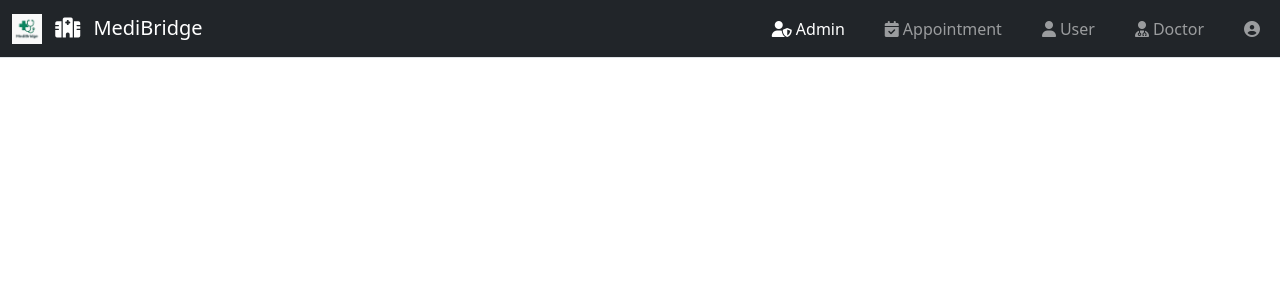
Repository: Abhinavan2004/MediBridge-hms
Page: http://localhost/Hospital_Management_System/User.jsp
The author's editor kept a copy of each file at every save. The page is drawn from the files as they stood at one save, then again after the next save.
The browser window is 1280 px wide. The pictures show the whole page.
The page is served by Tomcat 9. Other server files are loaded and not shown.

Above is the page before, as saved 2025-07-13 13:38:06.

### Hospital_Management_System/src/main/webapp/User.jsp
<%@ page language="java" contentType="text/html; charset=UTF-8"
    pageEncoding="UTF-8"%>
<!DOCTYPE html>
<html>
<head>
<meta charset="UTF-8">
<title>Insert title here</title>
</head>
<body>
<%@include file="components/navbar.jsp" %>
</body>
</html>

### Hospital_Management_System/src/main/webapp/components/navbar.jsp
<!DOCTYPE html>
<html lang="en">
<head>
<meta charset="UTF-8">
<meta name="viewport" content="width=device-width, initial-scale=1.0">
<title>Fixed Navbar</title>
<!-- Include CDN links from external file -->
<%@ include file="cdn-links.jsp" %>
</head>
<body>

<nav class="navbar navbar-expand-lg navbar-dark bg-dark border-bottom">
<div class="container-fluid">
<a class="navbar-brand" href="#">
<img src="assets/logo.png" alt="Logo" width="30" height="24" class="d-inline-block align-text-top me-2"
     onerror="this.style.display='none'">
<i class="fa-solid fa-hospital me-2"></i>
MediBridge
</a>

<!-- Navbar toggler for mobile -->
<button class="navbar-toggler" type="button" data-bs-toggle="collapse" data-bs-target="#navbarNavDropdown" aria-controls="navbarNavDropdown" aria-expanded="false" aria-label="Toggle navigation">
<span class="navbar-toggler-icon"></span>
</button>

<div class="collapse navbar-collapse" id="navbarNavDropdown">
<ul class="navbar-nav ms-auto">
<li class="nav-item me-4">
<a class="nav-link active" aria-current="page" href="Admin.jsp">
<i class="fa-solid fa-user-shield me-1"></i>Admin
</a>
</li>
<li class="nav-item me-4">
<a class="nav-link" href="components/">
<i class="fa-solid fa-calendar-check me-1"></i>Appointment
</a>
</li>
<li class="nav-item me-4">
<a class="nav-link" href="User.jsp">
<i class="fa-solid fa-user me-1"></i>User
</a>
</li>
<li class="nav-item me-4">
<a class="nav-link" href="Doctor.jsp">
<i class="fa-solid fa-user-doctor me-1"></i>Doctor
</a>
</li>
<li class="nav-item">
<a class="nav-link" href="#">
<i class="fa-solid fa-user-circle"></i>
</a>
</li>
</ul>
</div>
</div>
</nav>

<!-- Scripts are included in CDN file -->
</body>
</html>
</html>

### Hospital_Management_System/src/main/webapp/components/cdn-links.jsp
<!-- CDN Links File - Include this in your HTML files -->

<!-- Bootstrap CSS -->
<link href="https://cdn.jsdelivr.net/npm/bootstrap@5.3.0/dist/css/bootstrap.min.css" rel="stylesheet">

<!-- Tailwind CSS -->
<link href="https://cdn.jsdelivr.net/npm/tailwindcss@2.2.19/dist/tailwind.min.css" rel="stylesheet">

<!-- Font Awesome -->
<link rel="stylesheet" href="https://cdnjs.cloudflare.com/ajax/libs/font-awesome/6.4.0/css/all.min.css">

<!-- Bootstrap JS -->
<script src="https://cdn.jsdelivr.net/npm/bootstrap@5.3.0/dist/js/bootstrap.bundle.min.js"></script>

<!-- jQuery (optional, if needed) -->
<script src="https://cdnjs.cloudflare.com/ajax/libs/jquery/3.7.0/jquery.min.js"></script>

<!-- Popper.js (optional, if using Bootstrap tooltips/popovers separately) -->
<script src="https://cdnjs.cloudflare.com/ajax/libs/popper.js/2.11.8/umd/popper.min.js"></script>

After the next save:
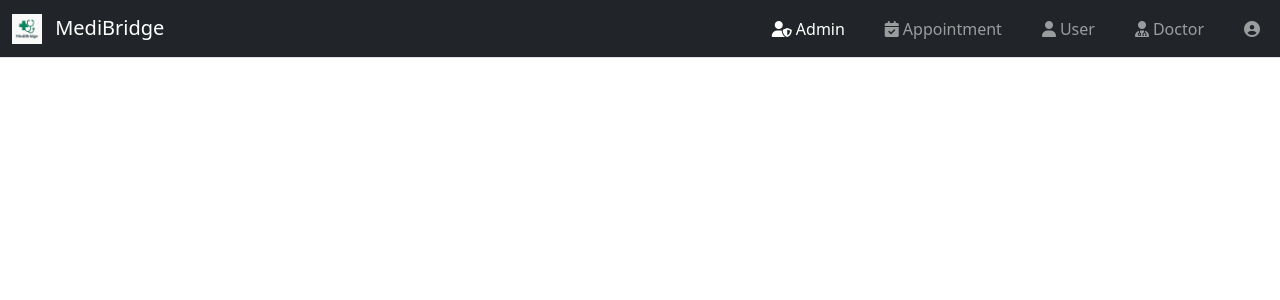
Saved 14 s later.
--- a/Hospital_Management_System/src/main/webapp/components/navbar.jsp
+++ b/Hospital_Management_System/src/main/webapp/components/navbar.jsp
@@ -14,7 +14,6 @@
 <a class="navbar-brand" href="#">
 <img src="assets/logo.png" alt="Logo" width="30" height="24" class="d-inline-block align-text-top me-2"
      onerror="this.style.display='none'">
-<i class="fa-solid fa-hospital me-2"></i>
 MediBridge
 </a>
 
